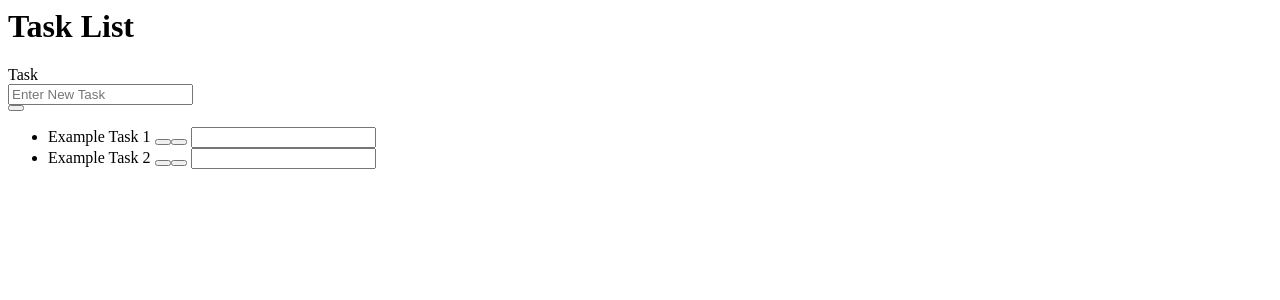
Repository: tbazouzi-durham/tbazouzi-durham.github.io
Page: Views/content/content.html
These files come from the project's save history. The page is drawn as it stood at one moment and after the next save; the edit follows.
The browser window is 1280 px wide. The pictures show the whole page.

Above is the page before, as saved 2022-03-22 23:34:54.

After the next save:
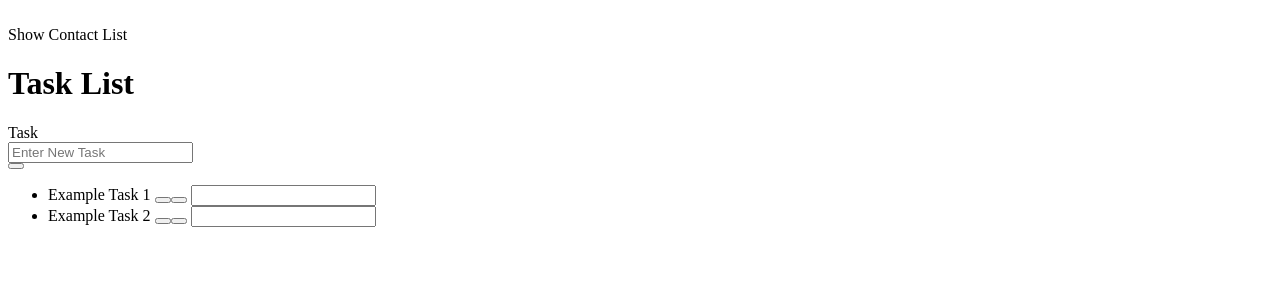
Saved 91 s later.
--- a/Views/content/content.html
+++ b/Views/content/content.html
@@ -1,3 +1,7 @@
+<br />
+<div class="col-lg-3 col-md-3">
+    <a data="contact-list" class="btn btn-primary btn-lg"><i class="fas fa-users fa-lg"></i> Show Contact List</a>
+</div>
 <div class="row">
     <div class="offset-md-3 col-md-6 col-sm-12">
         <div class="login" id="contentArea">
